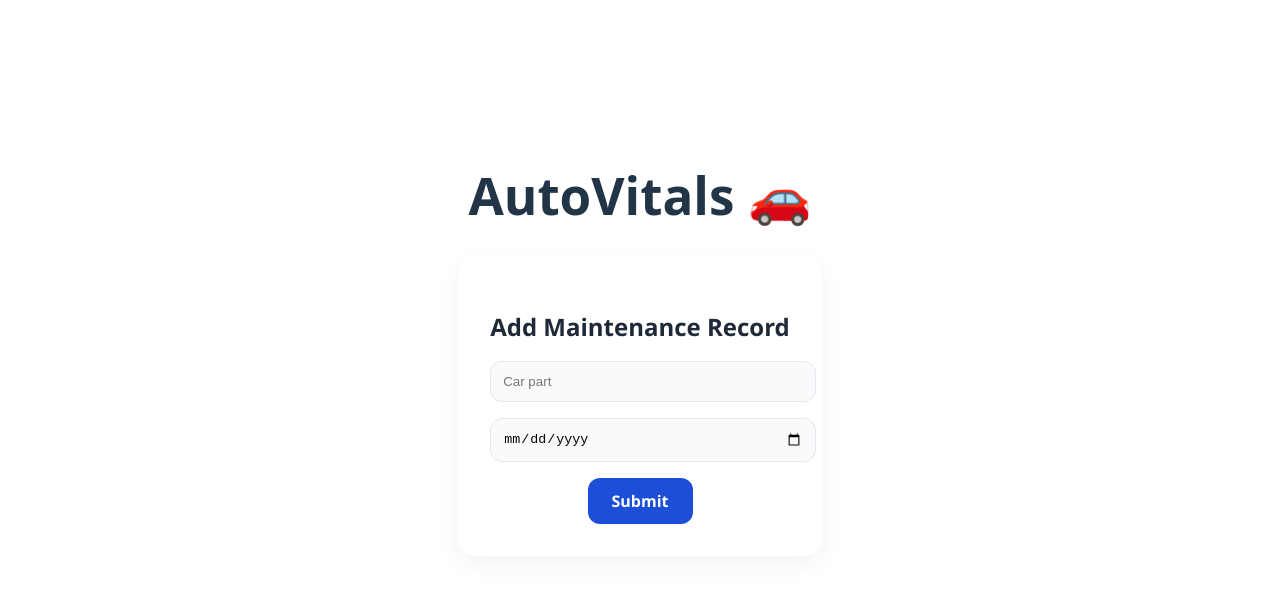
Repository: YoussefAzmires/wevdebautovitals
Page: /add (app in frontend/)
The author's editor kept a copy of each file at every save. The page is drawn from the files as they stood at one save, then again after the next save.
The browser window is 1280 px wide. The pictures show the whole page.
The project was rebuilt for these pictures with package versions that can differ from the ones it lists, and the page was loaded fresh each time. Also part of the build but not shown: frontend/vite.config.ts.

Above is the page before, as saved 2025-04-13 15:39:53.

### frontend/src/App.tsx
import './App.css'
import AddMaintenanceRecordsForm from "./components/AddMaintenanceRecordsForm/AddMaintenanceRecordsForm";
function App() {
  return (
    <div>
      <h1>AutoVitals 🚗</h1>
      <AddMaintenanceRecordsForm />
    </div>
  );
}


export default App

### frontend/src/components/AddMaintenanceRecordsForm/AddMaintenanceRecordsForm.tsx
import { JSX } from 'react';
import './AddMaintenanceRecordsForm.css'



export default function AddMaintenanceRecordsForm() : JSX.Element {
    return (
      <form>
        <h2>Add Maintenance Record</h2>
        <input type="text" placeholder="Car part" />
        <br />
        <input type="date" />
        <br />
        <button type="submit">Submit</button>
      </form>
    );
  }

### frontend/src/components/AddMaintenanceRecordsForm/AddMaintenanceRecordsForm.css
form {
    background-color: #ffffff;
    padding: 2rem;
    border-radius: 16px;
    box-shadow: 0 8px 24px rgba(0, 0, 0, 0.05);
    max-width: 500px;
    margin: 2rem auto;
    font-family: 'Segoe UI', sans-serif;
  }

  form h2 {
    font-size: 1.5rem;
    color: #1f2937;
    margin-bottom: 1rem;
  }

  label {
    display: block;
    margin-bottom: 0.25rem;
    color: #374151;
    font-weight: 600;
  }

  input[type="text"],
  input[type="date"] {
    width: 100%;
    padding: 0.75rem;
    margin-bottom: 1rem;
    border: 1px solid #e5e7eb;
    border-radius: 12px;
    background-color: #f9fafb;
    transition: border 0.2s ease-in-out;
  }

  input:focus {
    border-color: #3b82f6;
    outline: none;
    background-color: #fff;
  }

  button[type="submit"] {
    background-color: #1d4ed8;
    color: white;
    padding: 0.75rem 1.5rem;
    border: none;
    border-radius: 12px;
    cursor: pointer;
    font-weight: 600;
    transition: background-color 0.2s ease-in-out;
  }

  button[type="submit"]:hover {
    background-color: #2563eb;
  }

Loaded but not shown: frontend/index.html (common file); frontend/src/main.tsx (common file); frontend/src/index.css (common file); frontend/src/App.css (common file)

After the next save:
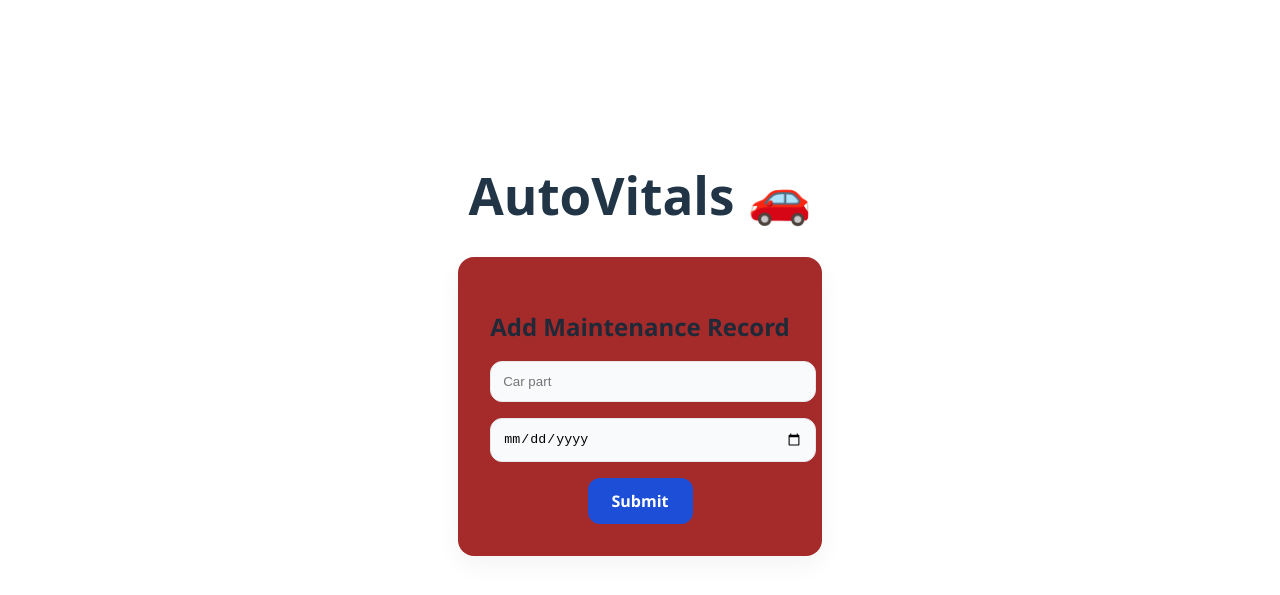
Saved 1 s later.
--- a/frontend/src/components/AddMaintenanceRecordsForm/AddMaintenanceRecordsForm.css
+++ b/frontend/src/components/AddMaintenanceRecordsForm/AddMaintenanceRecordsForm.css
@@ -1,5 +1,5 @@
 form {
-    background-color: #ffffff;
+    background-color: #a52b2b;
     padding: 2rem;
     border-radius: 16px;
     box-shadow: 0 8px 24px rgba(0, 0, 0, 0.05);
